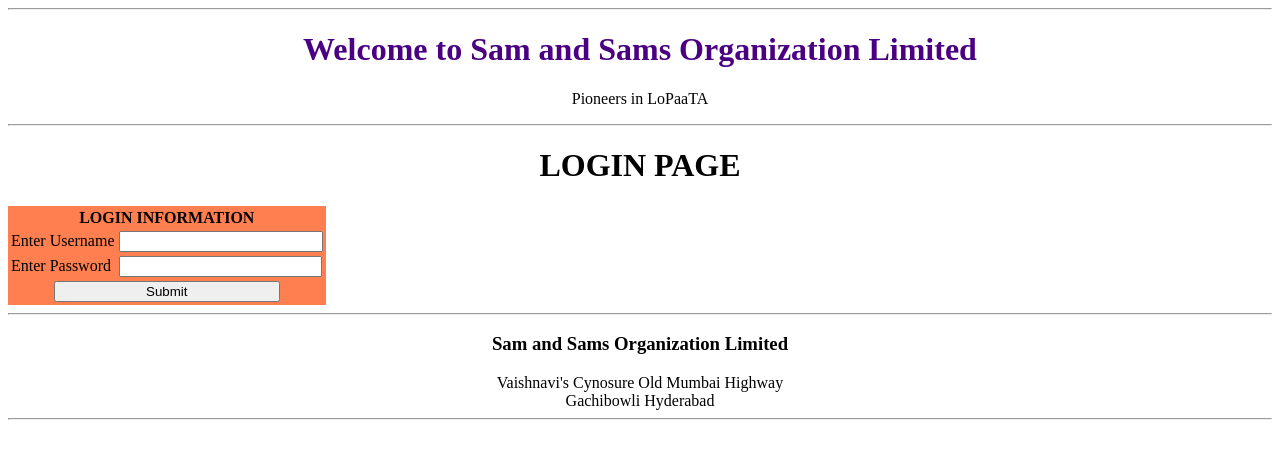
Repository: somnath0796/DeveloperMaterials
Page: http://localhost/JspApp/login.jsp
An editor plug-in stored every save of this project. The page is shown before and after the next save, followed by the edit.
The browser window is 1280 px wide. The pictures show the whole page.
The page is served by Tomcat 9.

Above is the page before, as saved 2018-02-02 06:20:00.

After the next save:
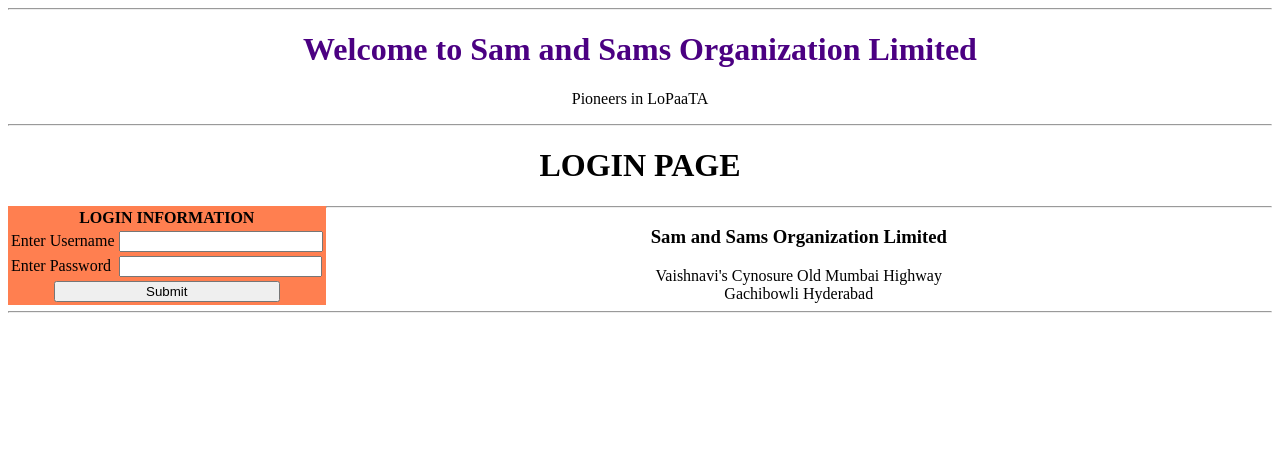
Saved 17 s later.
--- a/JspApp/WebContent/login.jsp
+++ b/JspApp/WebContent/login.jsp
@@ -10,7 +10,7 @@
 	<%@ include file="header.jsp"%>
 	<h1><center>LOGIN PAGE</center></h1>
 	 <form method="post" action="process.jsp">
-		<table style="background-color: Coral; align: left">
+		<table style="background-color: Coral;" align="left">
 			<thead>
 				<tr>
 					<th colspan="2"><center> LOGIN INFORMATION</center></th>

After the save that followed:
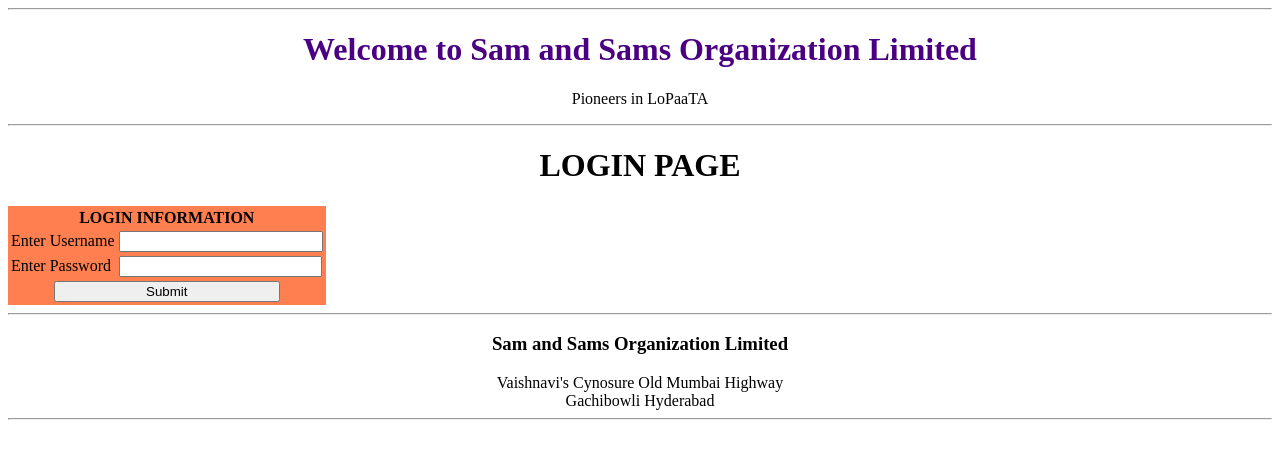
Saved 29 s later.
--- a/JspApp/WebContent/login.jsp
+++ b/JspApp/WebContent/login.jsp
@@ -10,7 +10,7 @@
 	<%@ include file="header.jsp"%>
 	<h1><center>LOGIN PAGE</center></h1>
 	 <form method="post" action="process.jsp">
-		<table style="background-color: Coral;" align="left">
+		<table style="background-color: Coral;">
 			<thead>
 				<tr>
 					<th colspan="2"><center> LOGIN INFORMATION</center></th>
